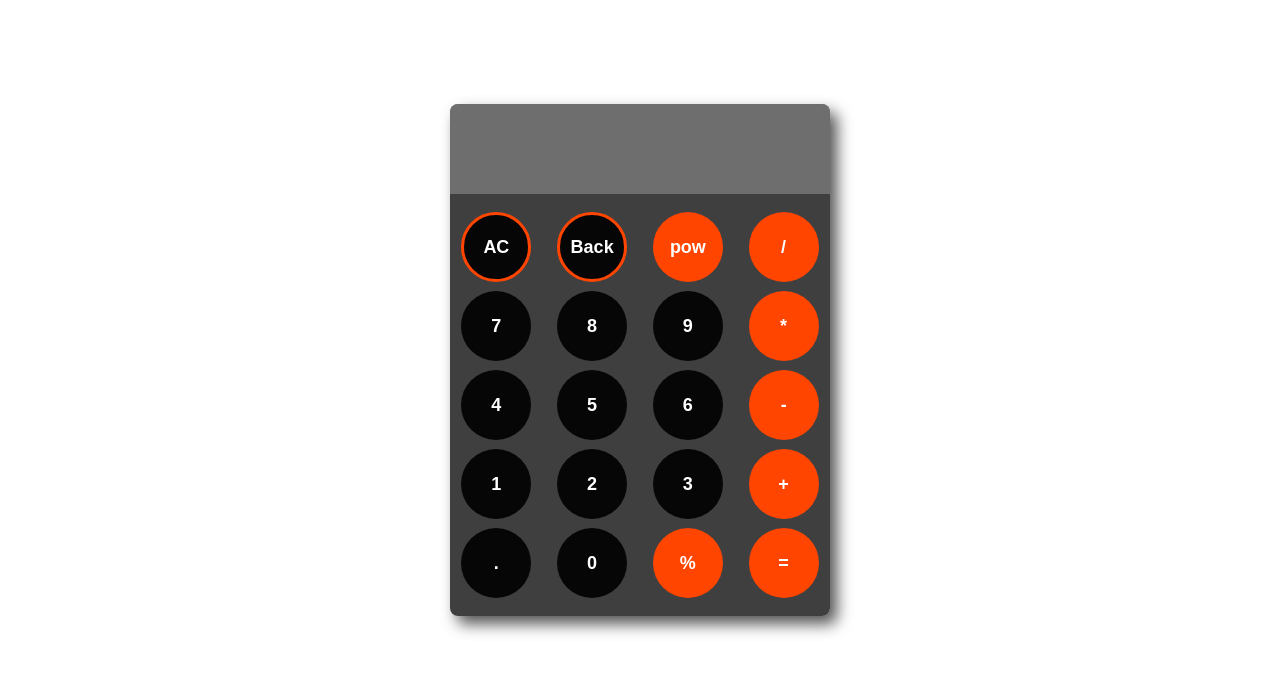
Repository: SakthivelDurai47/calculator
Page: index.html
These files come from the project's save history. The page is drawn as it stood at one moment and after the next save; the edit follows.
The browser window is 1280 px wide. The pictures show the whole page.

Above is the page before, as saved 2025-04-13 15:55:48.

### index.html
<!DOCTYPE html>
<html lang="en">
  <head>
    <meta charset="UTF-8" />
    <meta name="viewport" content="width=device-width, initial-scale=1.0" />
    <title>Calculator</title>
    <link rel="stylesheet" href="styles.css" />
  </head>
  <body>
    <div id="calculator">
      <input id="display" readonly />
      <div id="buttons">
        <button onclick="clearDisplay()" class="control">AC</button>
        <button onclick="removeFromDisplay()" class="control">Back</button>
        <button onclick="addToDisplay('**')" class="operator">pow</button>
        <button onclick="addToDisplay('/')" class="operator">/</button>
        <button onclick="addToDisplay('7')">7</button>
        <button onclick="addToDisplay('8')">8</button>
        <button onclick="addToDisplay('9')">9</button>
        <button onclick="addToDisplay('*')" class="operator">*</button>
        <button onclick="addToDisplay('4')">4</button>
        <button onclick="addToDisplay('5')">5</button>
        <button onclick="addToDisplay('6')">6</button>
        <button onclick="addToDisplay('-')" class="operator">-</button>
        <button onclick="addToDisplay('1')">1</button>
        <button onclick="addToDisplay('2')">2</button>
        <button onclick="addToDisplay('3')">3</button>
        <button onclick="addToDisplay('+')" class="operator">+</button>
        <button onclick="addToDisplay('.')">.</button>
        <button onclick="addToDisplay('0')">0</button>
        <button onclick="addToDisplay('%')" class="operator">%</button>
        <button onclick="calculate()" class="operator">=</button>
      </div>
    </div>
    <script src="index.js"></script>
  </body>
</html>

### styles.css
body {
  margin: 0;
  display: flex;
  justify-content: center;
  align-items: center;
  height: 100vh;
}
#buttons {
  display: grid;
  grid-template-columns: repeat(4, 1fr);
  gap: 3px;
  align-items: center;
  justify-items: center;
}
button {
  width: 70px;
  height: 70px;
  border-radius: 35px;
  border: none;
  background-color: rgba(0, 0, 0, 0.9);
  color: white;
  font-size: large;
  font-weight: bold;
  margin: 3px;
  margin-left: 10px;
  margin-right: 10px;
}
button:hover {
  background-color: rgba(0, 0, 0, 0.5);
}
button:active {
  background-color: rgba(0, 0, 0, 0.1);
}
.control {
  border: 3px solid orangered;
}
.operator {
  background-color: orangered;
}
.operator:hover {
  background-color: rgba(255, 68, 0, 0.564);
}
.operator:active {
  background-color: rgba(255, 68, 0, 0.128);
}
#calculator {
  width: 380px;
  height: auto;
  background-color: rgba(0, 0, 0, 0.751);
  border-radius: 8px;
  box-shadow: 7px 8px 15px rgba(0, 0, 0, 0.678);
  overflow: hidden;
  padding-bottom: 15px;
}
#display {
  width: 100%;
  height: 70px;
  margin-bottom: 15px;
  border: none;
  background-color: rgba(137, 137, 137, 0.642);
  color: white;
  font-size: 38px;
  letter-spacing: 3px;
  font-weight: bold;
  padding: 10px;
}

### index.js
const display = document.getElementById("display");
let preValue = [""];
let errors = false;

function addToDisplay(input) {
  if (!errors) {
    display.value += input;
    preValue.push(display.value);
  } else {
    display.value = "";
    preValue = [""];
    errors = false;
    addToDisplay(input);
  }
}

function clearDisplay() {
  display.value = "";
  preValue = [""];
  errors = false;
}

function removeFromDisplay() {
  if (preValue.length > 1) {
    preValue.pop();
    display.value = preValue[preValue.length - 1];
    console.log(preValue);
  }
}

function calculate() {
  try {
    display.value = eval(display.value);
  } catch (error) {
    display.value = "error";
    errors = true;
  }
}

After the next save:
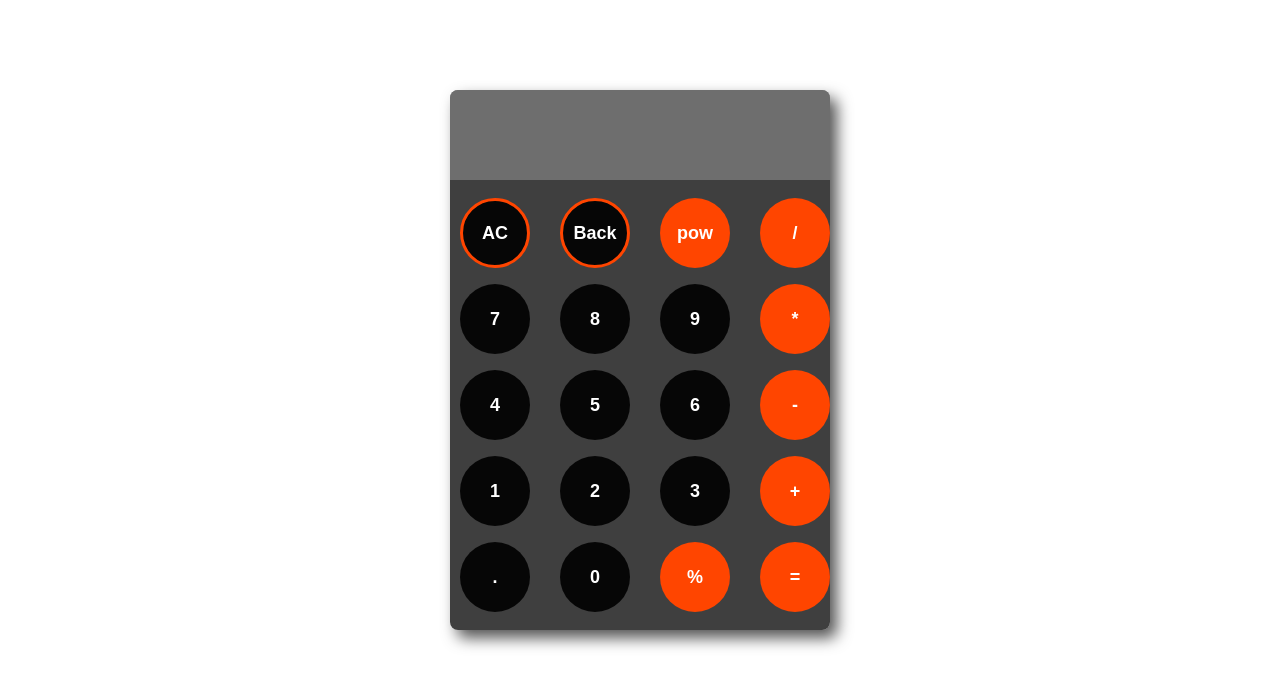
Saved 4 s later.
--- a/styles.css
+++ b/styles.css
@@ -8,7 +8,7 @@ body {
 #buttons {
   display: grid;
   grid-template-columns: repeat(4, 1fr);
-  gap: 3px;
+  gap: 10px;
   align-items: center;
   justify-items: center;
 }
